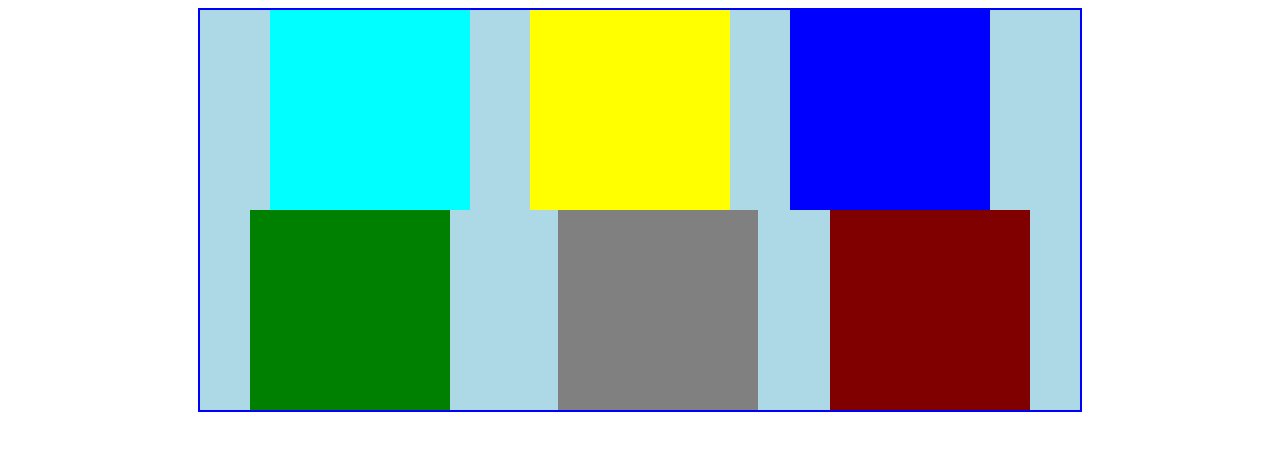
Repository: Sayan-100/Javascript
Page: PR4/index.html
An editor plug-in stored every save of this project. The page is shown before and after the next save, followed by the edit.
The browser window is 1280 px wide. The pictures show the whole page.

Above is the page before, as saved 2022-01-10 13:07:27.

After the next save:
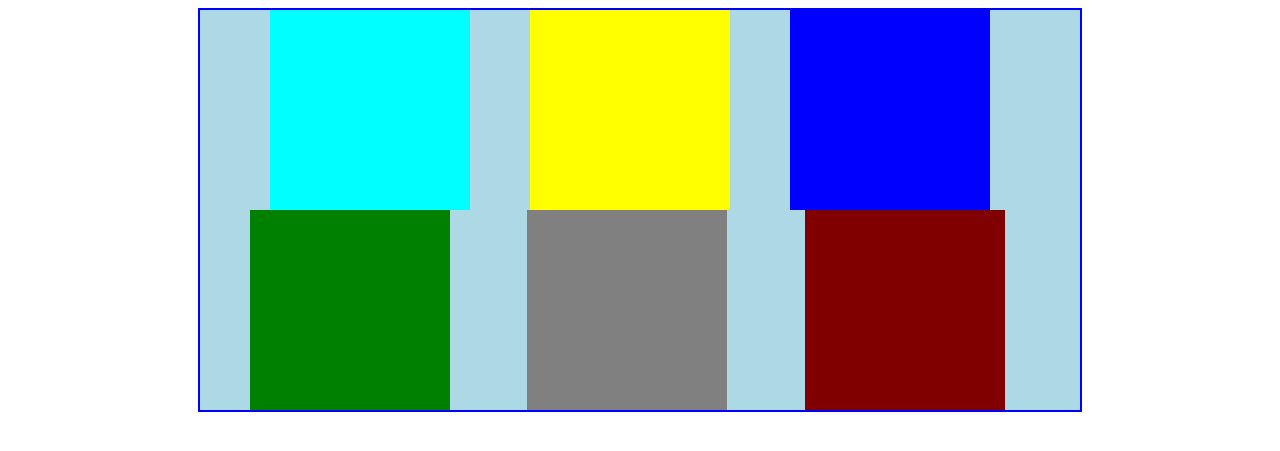
Saved 12 s later.
--- a/PR4/index.html
+++ b/PR4/index.html
@@ -42,9 +42,12 @@
 
                 </div>
             </p>
-            <div id="div6">
 
-            </div>
+            <p>
+                <div id="div6">
+
+                </div>
+            </p>
         </div>
     </section>
 </body>
